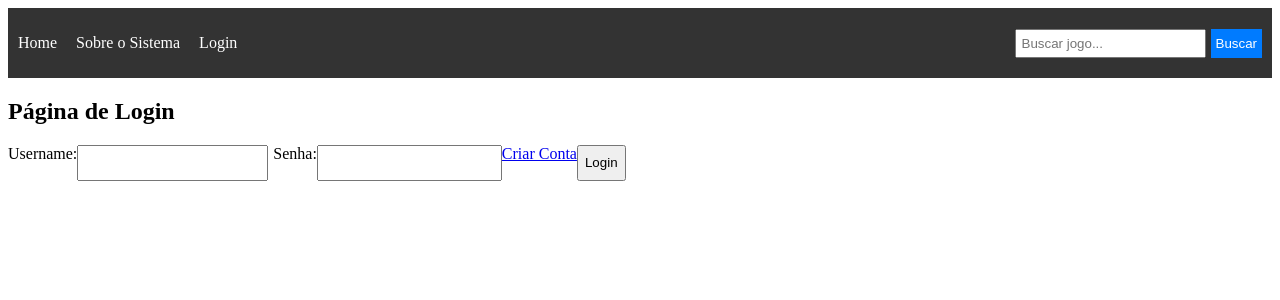
Repository: lucasparila/JogosEletronicos
Page: http://localhost/JogosEletronicos/view/login.jsp
The author's editor kept a copy of each file at every save. The page is drawn from the files as they stood at one save, then again after the next save.
The browser window is 1280 px wide. The pictures show the whole page.
The page is served by Tomcat 9.

Above is the page before, as saved 2025-05-17 18:04:05.

After the next save:
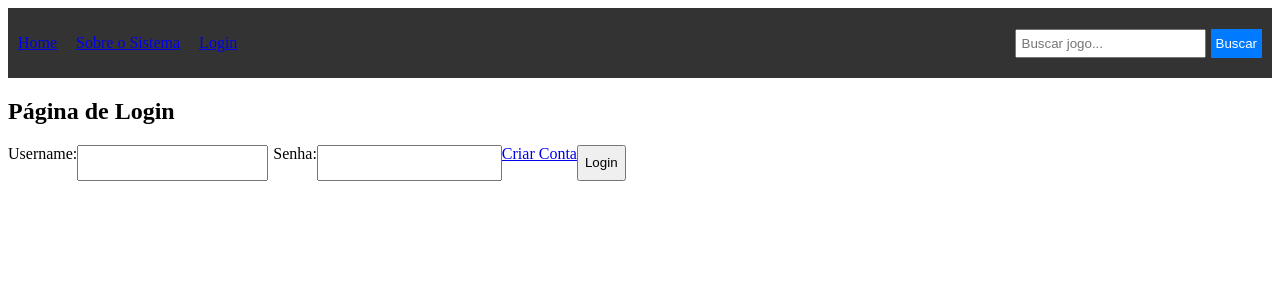
Saved 85 s later.
--- a/JogosEletronicos/src/main/webapp/css/header.css
+++ b/JogosEletronicos/src/main/webapp/css/header.css
@@ -13,7 +13,7 @@ nav ul li {
     display: inline;
     margin-right: 15px;
 }
-nav ul li a {
+nav ul li a p {
     color: white;
     text-decoration: none;
 }
